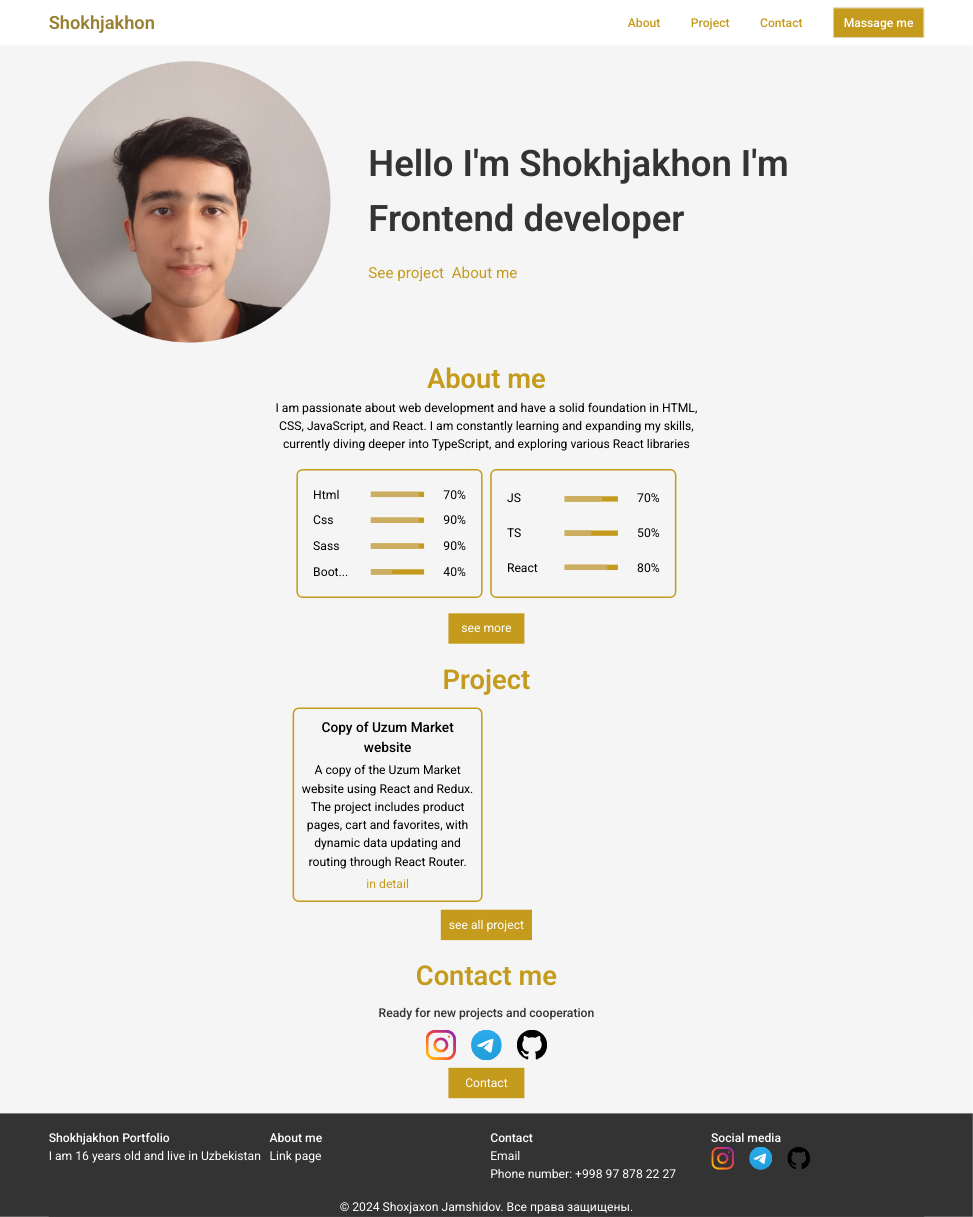
Repository: usershoh/My-Portfolio
Page: /
The author's editor kept a copy of each file at every save. The page is drawn from the files as they stood at one save, then again after a run of saves.
The browser window is 1280 px wide. The pictures show the whole page, at 76% of full size.
The project was rebuilt for these pictures with package versions that can differ from the ones it lists, and the page was loaded fresh each time. Also part of the build but not shown: vite.config.js, src/pages/blog/index.jsx, src/components/project/uzum-market/index.jsx, src/components/project/online-store/index.jsx, src/components/project/title/index.jsx, src/components/project/portfolio/index.jsx, src/pages/project/index.jsx, src/components/contact/title/index.jsx and 10 more.

Above is the page before, as saved 2024-12-09 14:06:08.

### index.html
<!doctype html>
<html lang="en">
  <head>
    <meta charset="UTF-8" />
    <link rel="icon" type="image/svg+xml" href="/src/assets/img/photo_2024-05-25_15-15-50-round.png" />
    <meta name="viewport" content="width=device-width, initial-scale=1.0" />
    <title>Shokhjakhon</title>
  </head>
  <body>
    <div id="root"></div>
    <script type="module" src="/src/main.jsx"></script>
  </body>
</html>

### src/main.jsx
import { createRoot } from "react-dom/client";
import "./index.css";
import Root from "./root/root";
import ProviderConfig from "./tools/provider";

createRoot(document.getElementById("root")).render(
  <ProviderConfig>
    <Root />
  </ProviderConfig>
);

### src/index.css
@import url(https://fonts.googleapis.com/css2?family=Roboto:wght@100;200;300;400;500;600;800;900&display=swap);

@tailwind base;
@tailwind components;
@tailwind utilities;

* {
  padding: 0;
  margin: 0;
  box-sizing: border-box;
  font-family: 'Roboto', sans-serif;
}

html, body {
  height: 100%;
  margin: 0;
}

### src/root/root.jsx
import React from "react";
import Header from "../components/header";
import { Route, Routes } from "react-router-dom";
import BlogPage from "../pages/blog";
import ProjectPage from "../pages/project";
import ContactPage from "../pages/contact";
import HomePage from "../pages/home";
import AboutPage from "../pages/about";
import Footer from "../components/footer";

const Root = () => {
  return (
    <div className="bg-backround">
      <Header />
      <Routes>
        <Route path="/" element={<HomePage />} />
        <Route path="/about" element={<AboutPage />} />
        <Route path="/project" element={<ProjectPage />} />
        <Route path="/contact" element={<ContactPage />} />
        <Route path="/blog" element={<BlogPage />} />
      </Routes>
      <Footer />
    </div>
  );
};

export default Root;

### src/tools/provider/index.jsx
import React, { StrictMode } from "react";
import { BrowserRouter } from "react-router-dom";

const ProviderConfig = ({ children }) => {
  return (
    <div>
      <StrictMode>
        <BrowserRouter>{children}</BrowserRouter>
      </StrictMode>
    </div>
  );
};

export default ProviderConfig;

### src/components/header/index.jsx
import React, { useState } from "react";
import { Link, useNavigate } from "react-router-dom";

const Header = () => {
  const navigate = useNavigate();

  const [isOpenMenu, setIsOpentMenu] = useState(false);
  const toggleMenu = () => {
    setIsOpentMenu(!isOpenMenu);
  };

  // const navigateGmail = () => {
  //   window.location.href = "mailto:bumsakalaka66@gmail.com";
  // };
  const openTelegram = () => {
    window.open("https://t.me/usershox", "_blank");
  };

  return (
    <div className="px-[5%] py-[10px] flex items-center justify-between bg-white">
      <Link to={"/"}>
        <h1 className="text-[24px] text-[#997f31] font-[600]">Shokhjakhon</h1>
      </Link>
      <div className="hidden md:flex items-center gap-[40px] text-[16px] text-gold font-[500]">
        <button className="hover:text-hover" onClick={() => navigate("/about")}>
          About
        </button>
        <button
          className="hover:text-hover"
          onClick={() => navigate("/project")}
        >
          Project
        </button>
        <button
          className="hover:text-hover"
          onClick={() => navigate("/contact")}
        >
          Contact
        </button>
        {/* <button className="hover:text-hover" onClick={() => navigate("/blog")}>
          Blog
        </button> */}

        <button onClick={openTelegram} className="border w-[120px] h-[40px] bg-gold text-white text-[16px] hover:bg-hover">
          Massage me
        </button>
      </div>

      <button onClick={toggleMenu} className="md:hidden focus:outline-none">
        <svg
          className="w-6 h-6"
          fill="none"
          stroke="currentColor"
          viewBox="0 0 24 24"
        >
          <path
            strokeLinecap="round"
            strokeLinejoin="round"
            strokeWidth="2"
            d="M4 6h16M4 12h16m-7 6h7"
          ></path>
        </svg>
      </button>

      {isOpenMenu && (
        <div className="absolute top-[60px] right-[10px] w-[260px] h-[200px] grid gap-[5px] rounded-[10px] p-4 md:hidden bg-white">
          <button onClick={() => navigate("/about")}>About</button>
          <button onClick={() => navigate("/project")}>Project</button>
          <button onClick={() => navigate("/contact")}>Contact</button>
          <button onClick={() => navigate("/blog")}>Blog</button>
          <button className="border w-[100%] h-[40px] bg-gold text-white text-[16px]">
            Here me
          </button>
        </div>
      )}
    </div>
  );
};

export default Header;

### src/pages/home/index.jsx
import React from "react";
import Hero from "../../components/home/hero";
import About from "../../components/home/about";
import Project from "../../components/home/project";
import Contact from "../../components/home/contact";
import Blog from "../../components/home/blog";

const HomePage = () => {
  return (
    <div className="px-[5%] pt-[20px] grid gap-[20px]">
      <Hero />
      <About />
      <Project />
      {/* <Blog /> */}
      <Contact />
    </div>
  );
};

export default HomePage;

### src/components/footer/index.jsx
import React from "react";
import { useNavigate } from "react-router-dom";
import instagramLogo from "../../assets/icon/instagram.svg";
import telegramLogo from "../../assets/icon/telegram.svg";
import githubLogo from "../../assets/icon/github.svg";

const Footer = () => {
  const navigate = useNavigate();
  return (
    <footer className="bg-dark mt-[20px] pl-[5%] pr-[5%]">
      <div className="grid gap-[10px] text-white pt-[20px] pb-[20px] grid-cols-2 md:grid-cols-4 max-[480px]:grid-cols-1">
        {/* <button className="text-[18px] pb-[5px]">Pages</button>
        <button className="text-[16px]" onClick={() => navigate("/")}>
          Home
        </button>
        <button className="text-[16px]" onClick={() => navigate("/about")}>
          About
        </button>
        <button className="text-[16px]" onClick={() => navigate("/project")}>
          Project
        </button>
        <button className="text-[16px]" onClick={() => navigate("/contact")}>
          Contact
        </button>
        <button className="text-[16px]" onClick={() => navigate("/blog")}>
          Blog
        </button> */}
        <div>
          <h2 className="font-[500]">Shokhjakhon Portfolio</h2>
          <p>I am 16 years old and live in Uzbekistan</p>
        </div>

        <div>
          <h2 className="font-[500]">About me</h2>
          <button onClick={() => navigate("/about")}>Link page</button>
        </div>

        <div>
          <h2 className="font-[500]">Contact</h2>
          <a href="email:bumsakalaka66@gmail.com">Email</a>
          <p>Phone number: +998 97 878 22 27</p>
        </div>

        <div>
          <h2 className="font-[500]">Social media</h2>
          <div className="w-[130px] flex items-center justify-between">
            <a href="https://www.instagram.com/shohjahon_777.official/">
              <img className="w-[30px] h-[30px]" src={instagramLogo} alt="" />
            </a>
            <a href="https://t.me/usershox">
              <img className="w-[30px] h-[30px]" src={telegramLogo} alt="" />
            </a>
            <a href="https://github.com/usershoh">
              <img className="w-[30px] h-[30px]" src={githubLogo} alt="" />
            </a>
          </div>
        </div>
      </div>
      <div className="bg-dark text-white text-center">
        © 2024 Shoxjaxon Jamshidov. Все права защищены.
      </div>
    </footer>
  );
};

export default Footer;

### src/components/home/hero/index.jsx
import React from "react";
import PortretFoto from "../../../assets/img/photo_2024-05-25_15-15-50-round.png";
import { useNavigate } from "react-router-dom";

const Hero = () => {
  const navigate = useNavigate();
  return (
    <section className="grid sm:flex justify-between  gap-[20px]">
      <div className="w-[70%] m-auto sm:w-[45%]">
        <img src={PortretFoto} alt="portretfoto" />
      </div>
      <div className="p-[30px] md:pt-[100px]">
        <h1 className="text-[24px] lg:text-[48px] font-[600] text-dark">
          Hello I'm Shokhjakhon I'm Frontend developer
        </h1>
        <div className="hidden sm:flex items-center gap-[10px] text-[20px] pt-[20px]">
          <button onClick={() => navigate("/project")} className="text-gold hover:text-hover">
            See project
          </button>
          <button onClick={() => navigate("/about")} className="text-gold hover:text-hover">
            About me
          </button>
        </div>
      </div>
    </section>
  );
};

export default Hero;

### src/components/home/about/index.jsx
import React from "react";
// import htmlLogo from "../../../assets/img/htmlLogo.webp";
// import cssLogo from "../../../assets/img/cssLogo.webp";
// import jsLogo from "../../../assets/img/jsLogo.png";
// import reactLogo from "../../../assets/img/reactLogo.png";
import { useNavigate } from "react-router-dom";
import SkillsDetails from "../../About/skills detail";

const About = () => {
  const navigate = useNavigate();
  return (
    <section className="w-[100%] lg:w-[50%] m-auto text-center gap-[10px]">
      <h1 className="text-[36px] font-[600] text-gold">About me</h1>
      <p className="text-[16px] text-dard">
        I am passionate about web development and have a solid foundation in
        HTML, CSS, JavaScript, and React. I am constantly learning and expanding
        my skills, currently diving deeper into TypeScript, and exploring
        various React libraries
      </p>

      {/* <div className="grid grid-cols-1 w-[240px] m-auto sm:grid-cols-2 sm:w-[500px] mt-[20px] gap-[10px]">
        <div className="p-[20px] border-2 border-[#c49b1d] rounded-lg grid gap-[10px]">
          <div className="flex items-center justify-between gap-[10px]">
            <p className="w-[50px] text-left">Html</p>
            <div className="bg-gold w-[70px] h-[7px]">
              <div className="bg-hover w-[90%] h-full"></div>
            </div>
            <p>70%</p>
          </div>
          <div className="flex items-center justify-between">
            <p className="w-[50px] text-left">Css</p>
            <div className="bg-gold w-[70px] h-[7px]">
              <div className="bg-hover w-[90%] h-full"></div>
            </div>
            <p>90%</p>
          </div>
          <div className="flex items-center justify-between">
            <p className="w-[50px] text-left">Sass</p>
            <div className="bg-gold w-[70px] h-[7px]">
              <div className="bg-hover w-[90%] h-full"></div>
            </div>
            <p>90%</p>
          </div>
          <div className="flex items-center justify-between">
            <p className="w-[50px] text-left">Boot...</p>
            <div className="bg-gold w-[70px] h-[7px]">
              <div className="bg-hover w-[40%] h-full"></div>
            </div>
            <p>40%</p>
          </div>
        </div>
        <div className="p-[20px] border-2 border-[#c49b1d] rounded-lg grid gap-[10px]">
          <div className="flex items-center justify-between">
            <p className="w-[50px] text-left">JS</p>
            <div className="bg-gold w-[70px] h-[7px]">
              <div className="bg-hover w-[70%] h-full"></div>
            </div>
            <p>70%</p>
          </div>
          <div className="flex items-center justify-between">
            <p className="w-[50px] text-left">TS</p>
            <div className="bg-gold w-[70px] h-[7px]">
              <div className="bg-hover w-[50%] h-full"></div>
            </div>
            <p>50%</p>
          </div>
          <div className="flex items-center justify-between">
            <p className="w-[50px] text-left">React</p>
            <div className="bg-gold w-[70px] h-[7px]">
              <div className="bg-hover w-[80%] h-full"></div>
            </div>
            <p>80%</p>
          </div>
        </div>
      </div> */}
      <SkillsDetails />

      <button
        className="w-[100px] h-[40px] bg-gold text-white text-[16px] hover:bg-hover mt-[20px]"
        onClick={() => navigate("/about")}
      >
        see more
      </button>
    </section>
  );
};

export default About;

### src/components/home/project/index.jsx
import React, { useState } from "react";
import { useNavigate } from "react-router-dom";
import uzumImg1 from "../../../assets/img/uzum market img1.png";
import ProjectItem1 from "./project-item1";

const Project = () => {
  const navigate = useNavigate();
  const [inHover, setInHover] = useState();
  return (
    <section className="grid gap-[10px] text-center m-auto">
      <h1 className="text-gold text-[36px] font-[600]">Project</h1>

      <div className="grid grid-cols-1 md:grid-cols-2 gap-[10px]">
        <ProjectItem1 />

      </div>

      <button
        onClick={() => navigate("/project")}
        className="w-[120px] h-[40px] m-auto text-[16px] text-white bg-gold hover:bg-hover"
      >
        see all project
      </button>
    </section>
  );
};

export default Project;

### src/components/home/contact/index.jsx
import React from "react";
import { useNavigate } from "react-router-dom";
import instagramLogo from "../../../assets/icon/instagram.svg";
import telegramLogo from "../../../assets/icon/telegram.svg";
import githubLogo from "../../../assets/icon/github.svg";

const Contact = () => {
  const navigate = useNavigate();
  return (
    <section className="grid gap-[10px] text-center m-auto">
      <h1 className="text-[36px] text-gold font-[600]">Contact me</h1>
      <p className="text-dark text-[16px] font-[500]">
        Ready for new projects and cooperation
      </p>
      <div className="w-[160px] flex items-center justify-between m-auto">
        <a href="https://www.instagram.com/shohjahon_777.official/">
          <img className="w-[40px] h-[40px]" src={instagramLogo} alt="" />
        </a>
        <a href="https://t.me/usershox">
          <img className="w-[40px] h-[40px]" src={telegramLogo} alt="" />
        </a>
        <a href="https://github.com/usershoh">
          <img className="w-[40px] h-[40px]" src={githubLogo} alt="" />
        </a>
      </div>
      <button
        className="w-[100px] h-[40px] text-white text-[16px] bg-gold hover:bg-hover m-auto"
        onClick={() => navigate("/contact")}
      >
        Contact
      </button>
    </section>
  );
};

export default Contact;

### src/components/About/skills detail/index.jsx
import React from "react";

const SkillsDetails = () => {
  return (
    <div>
      <div className="grid grid-cols-1 w-[240px] m-auto sm:grid-cols-2 sm:w-[500px] mt-[20px] gap-[10px]">
        <div className="p-[20px] border-2 border-[#c49b1d] rounded-lg grid gap-[10px]">
          <div className="flex items-center justify-between gap-[10px]">
            <p className="w-[50px] text-left">Html</p>
            <div className="bg-gold w-[70px] h-[7px]">
              <div className="bg-hover w-[90%] h-full"></div>
            </div>
            <p>70%</p>
          </div>
          <div className="flex items-center justify-between">
            <p className="w-[50px] text-left">Css</p>
            <div className="bg-gold w-[70px] h-[7px]">
              <div className="bg-hover w-[90%] h-full"></div>
            </div>
            <p>90%</p>
          </div>
          <div className="flex items-center justify-between">
            <p className="w-[50px] text-left">Sass</p>
            <div className="bg-gold w-[70px] h-[7px]">
              <div className="bg-hover w-[90%] h-full"></div>
            </div>
            <p>90%</p>
          </div>
          <div className="flex items-center justify-between">
            <p className="w-[50px] text-left">Boot...</p>
            <div className="bg-gold w-[70px] h-[7px]">
              <div className="bg-hover w-[40%] h-full"></div>
            </div>
            <p>40%</p>
          </div>
        </div>
        <div className="p-[20px] border-2 border-[#c49b1d] rounded-lg grid gap-[10px]">
          <div className="flex items-center justify-between">
            <p className="w-[50px] text-left">JS</p>
            <div className="bg-gold w-[70px] h-[7px]">
              <div className="bg-hover w-[70%] h-full"></div>
            </div>
            <p>70%</p>
          </div>
          <div className="flex items-center justify-between">
            <p className="w-[50px] text-left">TS</p>
            <div className="bg-gold w-[70px] h-[7px]">
              <div className="bg-hover w-[50%] h-full"></div>
            </div>
            <p>50%</p>
          </div>
          <div className="flex items-center justify-between">
            <p className="w-[50px] text-left">React</p>
            <div className="bg-gold w-[70px] h-[7px]">
              <div className="bg-hover w-[80%] h-full"></div>
            </div>
            <p>80%</p>
          </div>
        </div>
      </div>
    </div>
  );
};

export default SkillsDetails;

### src/components/home/project/project-item1/index.jsx
import React from "react";

const ProjectItem1 = () => {
  return (
    <div className="border-[#c49b1d] border-[2px] p-[10px] rounded-lg md:w-[250px] grid gap-[5px]">
      <h1 className="text-[18px] font-medium">Copy of Uzum Market website</h1>
      <p>
        A copy of the Uzum Market website using React and Redux. The project
        includes product pages, cart and favorites, with dynamic data updating
        and routing through React Router.
      </p>

      {/* <div className="flex items-center justify-between gap-[5px]">
            <img className="w-40px" src={uzumImg1} alt="" />
            <img className="w-40px" src={uzumImg1} alt="" />
            <img className="w-40px" src={uzumImg1} alt="" />
            <img className="w-40px" src={uzumImg1} alt="" />
          </div> */}

      <button
        className="text-gold hover:text-hover"
        onClick={() => navigate("/project")}
      >
        in detail
      </button>
    </div>
  );
};

export default ProjectItem1;

### tailwind.config.js
/** @type {import('tailwindcss').Config} */
export default {
  content: ["./index.html", "./src/**/*.{js,ts,jsx,tsx}"],
  theme: {
    extend: {
      colors: {
        gold: "#c49b1d",
        dark: "#333333",
        backround: "#f5f5f5",
        hover: "#ccae62",
      },
    },
  },
  plugins: [],
};

### src/components/home/project/project-item2/index.jsx
import React from "react";

const ProjectItem2 = () => {
  return (
    <div className="border-[#c49b1d] border-[2px] p-[10px] rounded-lg md:w-[250px] grid gap-[5px]">
      <h1 className="text-[18px] font-medium">Online store (without React)</h1>
      <p>
        The project is a basic online store with registration and a shopping
        cart, where data is stored in Local Storage. All features are
        implemented using pure HTML, CSS and JavaScript.
      </p>

      {/* <div className="flex items-center justify-between gap-[5px]">
            <img className="w-40px" src={uzumImg1} alt="" />
            <img className="w-40px" src={uzumImg1} alt="" />
            <img className="w-40px" src={uzumImg1} alt="" />
            <img className="w-40px" src={uzumImg1} alt="" />
          </div> */}

      <button
        className="text-gold hover:text-hover"
        onClick={() => navigate("/project")}
      >
        in detail
      </button>
    </div>
  );
};

export default ProjectItem2;

After the next 2 saves:
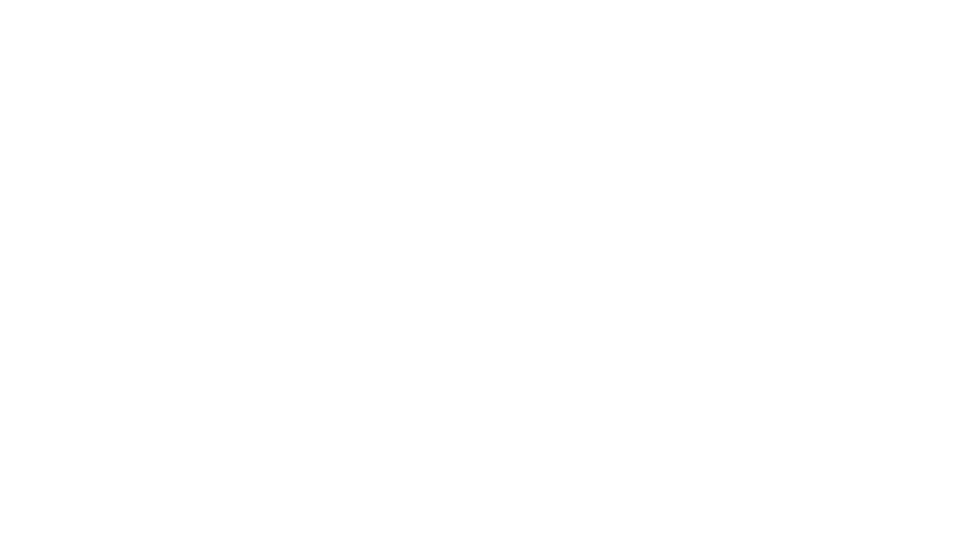
Console error: ReferenceError: ProjectItem2 is not defined
The 2 saves are shown as one change because 1 did not build or start.
The last was saved 15 s later.
--- a/src/components/home/project/index.jsx
+++ b/src/components/home/project/index.jsx
@@ -12,7 +12,7 @@ const Project = () => {
 
       <div className="grid grid-cols-1 md:grid-cols-2 gap-[10px]">
         <ProjectItem1 />
-
+        <ProjectItem2 />
       </div>
 
       <button

After the save that followed:
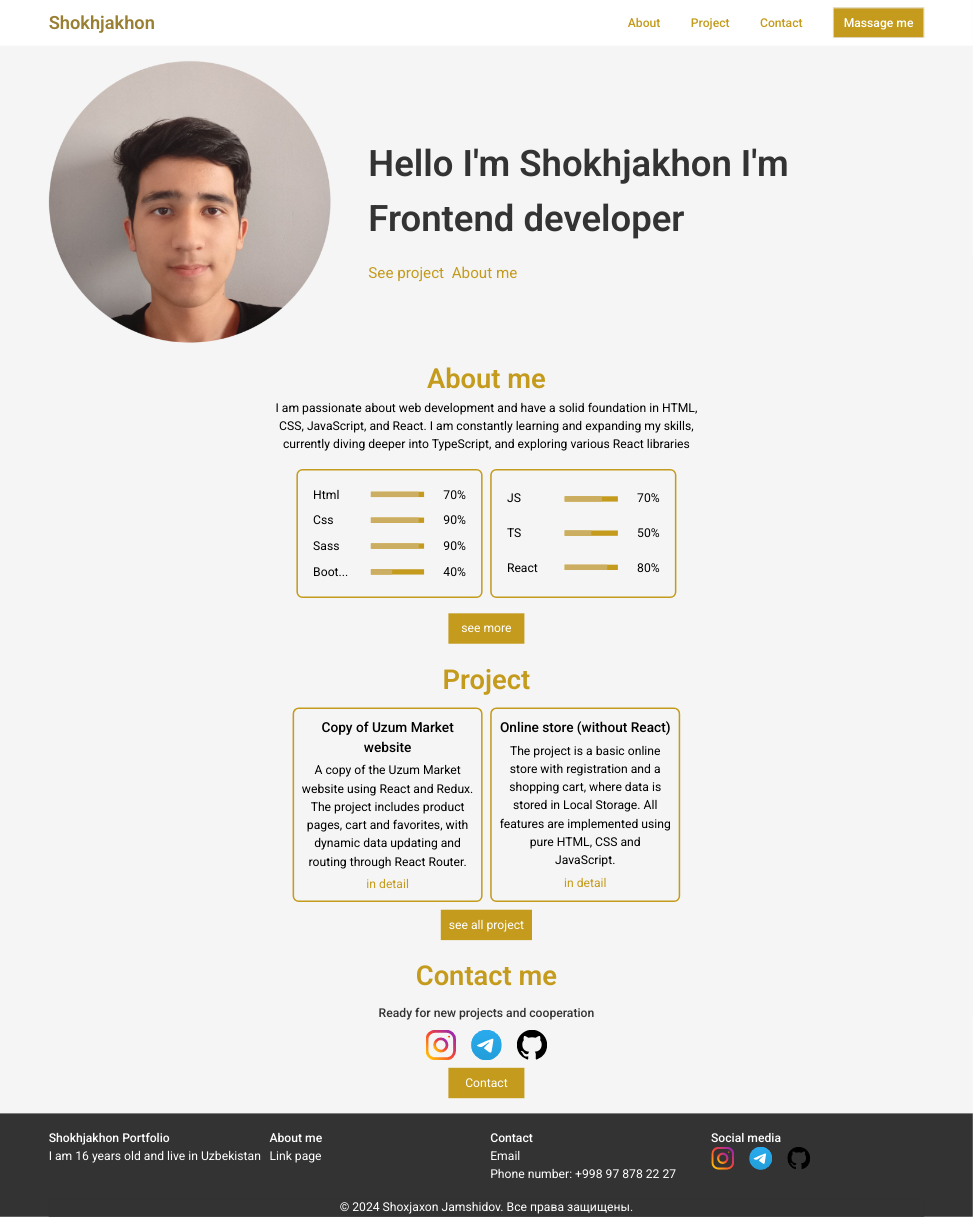
The error is gone.
Saved 8 s later.
--- a/src/components/home/project/index.jsx
+++ b/src/components/home/project/index.jsx
@@ -2,6 +2,7 @@ import React, { useState } from "react";
 import { useNavigate } from "react-router-dom";
 import uzumImg1 from "../../../assets/img/uzum market img1.png";
 import ProjectItem1 from "./project-item1";
+import ProjectItem2 from "./project-item2";
 
 const Project = () => {
   const navigate = useNavigate();
